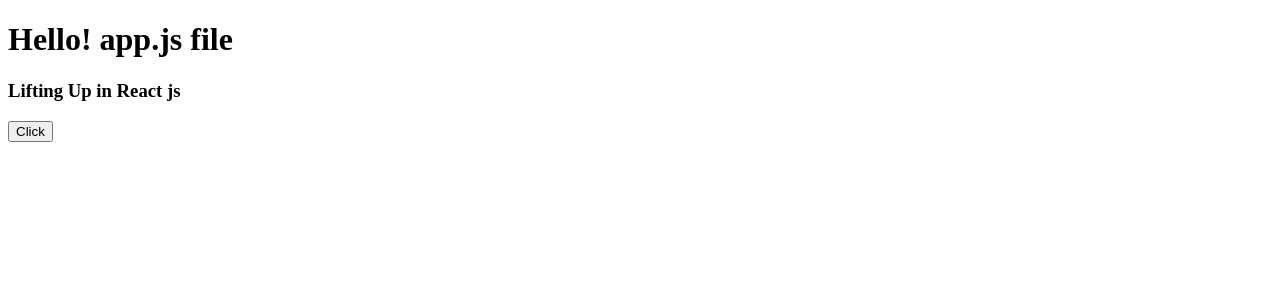
Repository: Gulzarokz/React_Course_Review
Page: / (app in vite-Project/)
An editor plug-in stored every save of this project. The page is shown before and after the next save, followed by the edit.
The browser window is 1280 px wide. The pictures show the whole page.
The project was rebuilt for these pictures with package versions that can differ from the ones it lists, and the page was loaded fresh each time. Also part of the build but not shown: vite-Project/vite.config.js.

Above is the page before, as saved 2026-04-28 11:53:13.

### vite-Project/index.html
<!doctype html>
<html lang="en">

<head>
  <meta charset="UTF-8" />
  <link rel="icon" type="image/svg+xml" href="/favicon.svg" />
  <meta name="viewport" content="width=device-width, initial-scale=1.0" />
  <title>React js Review</title>
</head>

<body>
  <div id="root"></div>
  <script type="module" src="/src/main.jsx"></script>
</body>

</html>

### vite-Project/src/App.jsx
import { useState } from 'react';
import LiftingUp from './LiftingUp';



function App() {
  // const [count, setCount] = useState(0)

  // function getData() {
  //   alert('Hello How are you!')
  // }
  return (
    <>
      <h1>Hello! app.js file</h1>
      <LiftingUp />









    </>
  )
}
export default App

### vite-Project/src/LiftingUp.jsx
import React from 'react'
import ChildToParent from './ChildToParent'

const LiftingUp = () => {
    // const user = "Gulzar khan"
    function sayHello(n) {
        alert("Hello:" + n)
    }
    return (
        <>
            <h3>Lifting Up in React js</h3>
            <ChildToParent data={sayHello} />
        </>
    )
}

export default LiftingUp

### vite-Project/src/ChildToParent.jsx
import React from 'react'

const ChildToParent = (prop) => {
    let name = "Gul"
    return (
        <>
            {/* <h3>Hello: {prop.data}</h3> */}
            <button onClick={() => prop.data(name)}>Click</button>
        </>
    )
}

export default ChildToParent

Loaded but not shown: vite-Project/src/main.jsx (common file)

After the next save:
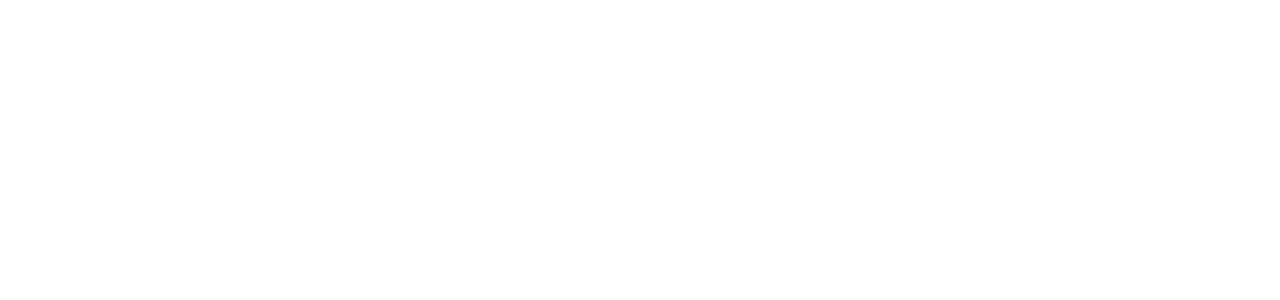
Console error: ReferenceError: email is not defined
Saved 3 min 55 s later.
--- a/vite-Project/src/ChildToParent.jsx
+++ b/vite-Project/src/ChildToParent.jsx
@@ -2,6 +2,7 @@
 
 const ChildToParent = (prop) => {
     let name = "Gul"
+    let user = [name = "Gulzar", email = "g@gamil.com", contact = "20094585"]
     return (
         <>
             {/* <h3>Hello: {prop.data}</h3> */}

After the 2 saves that followed:
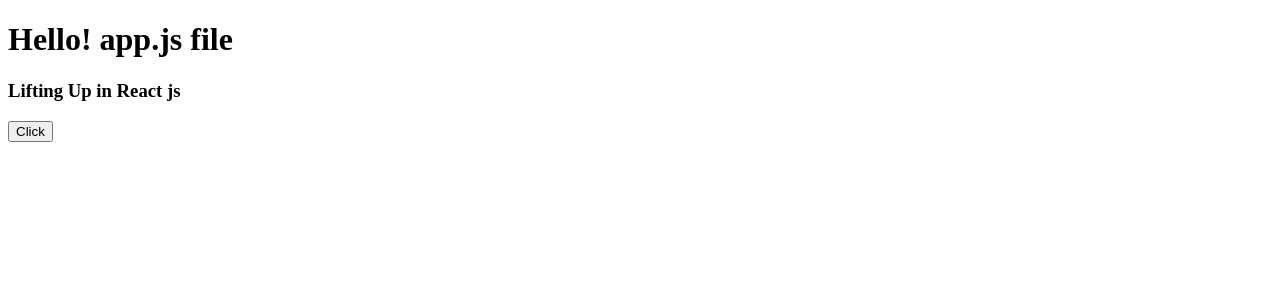
The error is gone.
The 2 saves are shown as one change because 1 did not build or start.
The last was saved 96 s later.
--- a/vite-Project/src/ChildToParent.jsx
+++ b/vite-Project/src/ChildToParent.jsx
@@ -2,7 +2,7 @@
 
 const ChildToParent = (prop) => {
     let name = "Gul"
-    let user = [name = "Gulzar", email = "g@gamil.com", contact = "20094585"]
+    let user = ["Gulzar", "g@gamil.com", "20094585"]
     return (
         <>
             {/* <h3>Hello: {prop.data}</h3> */}
